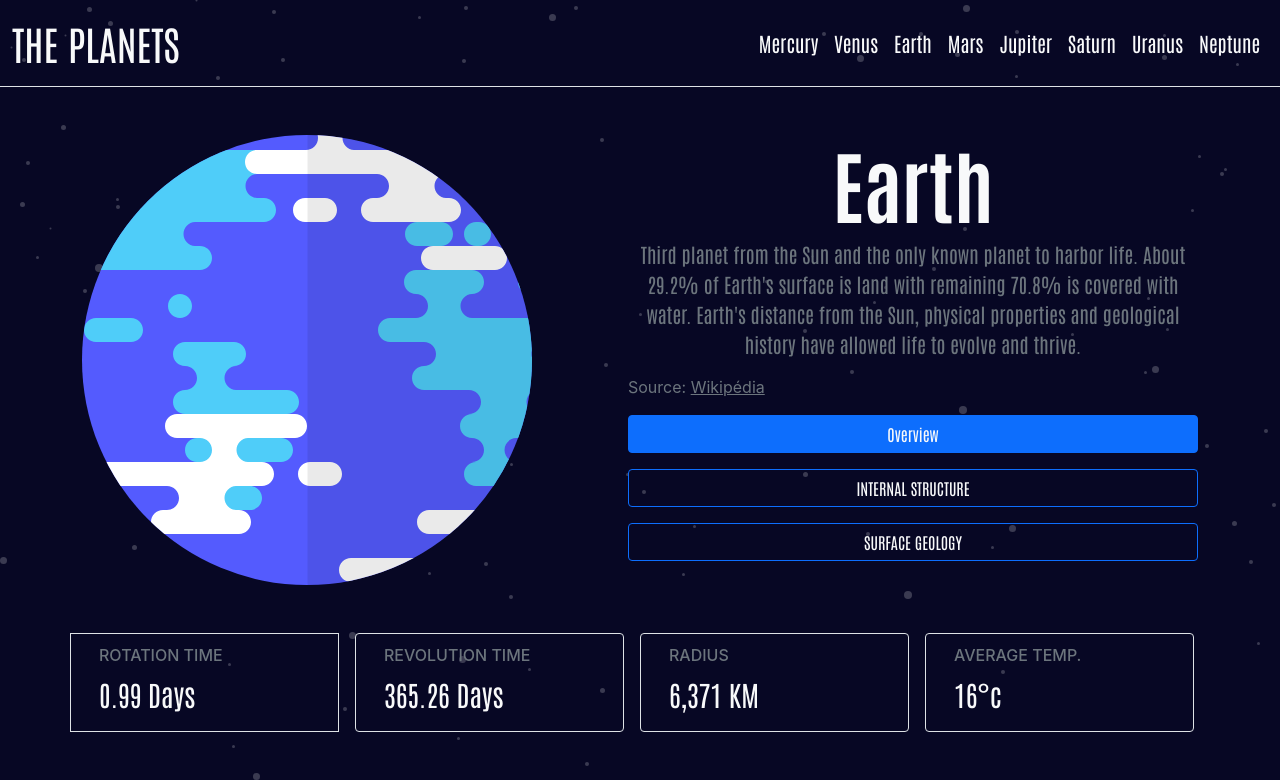
Repository: andre06x/the-planets
Page: /
These files come from the project's save history. The page is drawn as it stood at one moment and after the next save; the edit follows.
The browser window is 1280 px wide. The pictures show the whole page.
The project was rebuilt for these pictures with package versions that can differ from the ones it lists, and the page was loaded fresh each time.

Above is the page before, as saved 2021-10-19 16:39:10.

### public/index.html
<!DOCTYPE html>
<html lang="en">

<head>
  <meta charset="utf-8" />
  <link rel="icon" href="%PUBLIC_URL%/favicon.ico" />
  <meta name="viewport" content="width=device-width, initial-scale=1" />
  <meta name="theme-color" content="#000000" />
  <link rel="preconnect" href="https://fonts.googleapis.com">
  <link rel="preconnect" href="https://fonts.gstatic.com" crossorigin>
  <link href="https://fonts.googleapis.com/css2?family=Antonio:wght@400;500;600;700&display=swap" rel="stylesheet">
  <meta name="description" content="Web site created using create-react-app" />
  <link rel="apple-touch-icon" href="%PUBLIC_URL%/logo192.png" />
  <link rel="manifest" href="%PUBLIC_URL%/manifest.json" />
  <link rel="stylesheet" href="%PUBLIC_URL%/bootstrap-5.1.3-dist/css/bootstrap.min.css">
  <title>React App</title>
</head>

<body>
  <noscript>You need to enable JavaScript to run this app.</noscript>
  <div id="root"></div>
  <script src="./bootstrap-5.1.3-dist/js/bootstrap.min.js"></script>
</body>

</html>

### src/index.js
import React from 'react';
import ReactDOM from 'react-dom';
import App from './App';
import reportWebVitals from './reportWebVitals';
import Global from './styles/global';

ReactDOM.render(
  <React.StrictMode>
    <Global />
    <App />
  </React.StrictMode>,
  document.getElementById('root')
);

// If you want to start measuring performance in your app, pass a function
// to log results (for example: reportWebVitals(console.log))
// or send to an analytics endpoint. Learn more: https://bit.ly/CRA-vitals
reportWebVitals();

### src/App.js
import logo from './logo.svg';
// import './App.css';
import Header from './components/Header';
import Container from './components/Container';

function App() {
  return (
    <div className="App">
      <Header />
      <Container />
    </div>
  );
}

export default App;

### src/styles/global.js
import { createGlobalStyle } from 'styled-components';
import img from '../background-stars.svg';

export default createGlobalStyle`
  body {
    background-image: url(${img});
    background-color: #070724;
    background-repeat: repeat;
  margin: 0;
  font-family: -apple-system, BlinkMacSystemFont, 'Segoe UI', 'Roboto', 'Oxygen',
    'Ubuntu', 'Cantarell', 'Fira Sans', 'Droid Sans', 'Helvetica Neue',
    sans-serif;
  -webkit-font-smoothing: antialiased;
  -moz-osx-font-smoothing: grayscale;
}

code {
  font-family: source-code-pro, Menlo, Monaco, Consolas, 'Courier New',
    monospace;
}
`;

### src/components/Header.js
import React, { useEffect } from 'react';
import data from '../data.json';
import { usePlanet } from '../zustand';

const Header = () => {
  const planetSetar = usePlanet(state => state.nomePlanet);
  const planet = usePlanet(state => state.planet);

  useEffect(() => {
    console.log(planet)
  }, [planet])

  return (
    <nav class="navbar navbar-expand-lg navbar-dark bg-transparent border-bottom border-muted ">
      <div class="container-fluid d-flex justify-content-between">
        <a class="navbar-brand fs-1 text-light font-antonio" href="#">THE PLANETS</a>
        <button class="navbar-toggler text-light" type="button" data-bs-toggle="collapse" data-bs-target="#navbarSupportedContent" aria-controls="navbarSupportedContent" aria-expanded="false" aria-label="Toggle navigation">
          <span class="navbar-toggler-icon text-light"></span>
        </button>
        <div class="collapse navbar-collapse justify-content-end" id="navbarSupportedContent">
          <div>
            <ul class="navbar-nav me-auto mb-2 mb-lg-0">
              {
                data.map(d => (
                  <li class="nav-item">
                    <a
                      class="nav-link active text-light fs-5 font-antonio"
                      aria-current="page"
                      href="#"
                      onClick={() => planetSetar(d.name)}
                    >
                      {d.name}
                    </a>
                  </li>
                ))
              }
            </ul>
          </div>
        </div>
      </div>
    </nav>
  )
}



export default Header

### src/components/Container.js
import React, { useEffect, useState } from 'react';
// import earth from '../assets/planet-earth.svg';
import data from '../data.json';
import { usePlanet } from '../zustand';

const Container = () => {
  const [selectBox, setSelectBox] = useState(1);
  const planet = usePlanet(state => state.planet);
  // const [planet, setPlanet] = useState('Earth');
  const [text, setText] = useState(data.filter(d => d.name === planet)[0].overview);
  const [imagee, setImagee] = useState('assets/planet-earth.svg');
  const [dataPlanet, setDataPlanet] = useState(['']);



  const op = [
    { id: 1, titulo: 'Overview' },
    { id: 2, titulo: 'INTERNAL STRUCTURE' },
    { id: 3, titulo: 'SURFACE GEOLOGY' },
  ]

  function buttonChange(o) {
    setSelectBox(o.id);

    if (o.id === 1) {
      setText(data.filter(d => d.name === planet)[0].overview);
      setImagee(data.filter(d => d.name === planet)[0].images.planet);
    }

    if (o.id === 2) {
      setText(data.filter(d => d.name === planet)[0].structure);
      setImagee(data.filter(d => d.name === planet)[0].images.internal);

    }

    if (o.id === 3) {
      setText(data.filter(d => d.name === planet)[0].geology);
      setImagee(data.filter(d => d.name === planet)[0].images.geology);

    }

  }

  useEffect(() => {
    setDataPlanet(data.filter(d => d.name === planet)[0]);
    setImagee(data.filter(d => d.name === planet)[0].images.planet);
    setText(data.filter(d => d.name === planet)[0].overview);
    setSelectBox(1);

  }, [planet]);
  return (
    <div className="container mt-md-5">
      <div className="d-flex flex-column">
        <div className="d-flex flex-md-row flex-column-reverse justify-content-between">
          <div className="me-md-5 d-flex justify-content-center">
            <img src={imagee} alt="" />
          </div>
          <div className="ms-md-5 d-flex flex-md-column flex-column-reverse">
            <h1 className="display-1 text-light font-antonio fw-bold text-center">
              {planet}
            </h1>
            <p className="lead text-muted font-antonio text-center">
              {text.content}
            </p>
            <span className="text-secondary">
              Source: <a href="" className="text-secondary"> Wikipédia</a>
            </span>

            <div className="d-flex flex-md-column mt-md-3 font-antonio fw-bold">
              {op.map(o => (
                <button
                  className={`btn text-light btn-outline-primary mb-3 col-4 col-md-12 ${selectBox === o.id ? ' btn-primary' : ''}`}
                  onClick={() => buttonChange(o)}
                >
                  {o.titulo}
                </button>
              ))}
            </div>
          </div>
        </div>
      </div>
      <div className="row mt-5 mb-5 flex-md-row flex-column">
        <div class="col me-3 bg-transparent border">
          <div class="card-body">
            <h6 class="card-subtitle mb-2 text-muted">
              ROTATION TIME
            </h6>
            <p class="card-text text-light font-antonio fs-md-1 fs-3">
              {dataPlanet.rotation}
            </p>
          </div>
        </div>
        <div class="card col me-3 bg-transparent border">
          <div class="card-body">
            <h6 class="card-subtitle mb-2 text-muted">
              REVOLUTION TIME
            </h6>
            <p class="card-text text-light font-antonio fs-md-1 fs-3">
              {dataPlanet.revolution}
            </p>
          </div>
        </div>
        <div class="card col me-3 bg-transparent border">
          <div class="card-body">
            <h6 class="card-subtitle mb-2 text-muted">
              RADIUS
            </h6>
            <p class="card-text text-light font-antonio fs-md-1 fs-3">
              {dataPlanet.radius}
            </p>
          </div>
        </div>
        <div class="card col me-3 bg-transparent border">
          <div class="card-body">
            <h6 class="card-subtitle mb-2 text-muted">
              AVERAGE TEMP.
            </h6>
            <p class="card-text text-light font-antonio fs-md-1 fs-3">
              {dataPlanet.temperature}
            </p>
          </div>
        </div>
      </div>
    </div>
  )
}

export default Container;

### src/data.json
[
  {
    "name": "Mercury",
    "overview": {
      "content": "Mercury is the smallest planet in the Solar System and the closest to the Sun. Its orbit around the Sun takes 87.97 Earth days, the shortest of all the Sun's planets. Mercury is one of four terrestrial planets in the Solar System, and is a rocky body like Earth.",
      "source": "https://en.wikipedia.org/wiki/Mercury_(planet)"
    },
    "structure": {
      "content": "Mercury appears to have a solid silicate crust and mantle overlying a solid, iron sulfide outer core layer, a deeper liquid core layer, and a solid inner core. The planet's density is the second highest in the Solar System at 5.427 g/cm3 , only slightly less than Earth's density.",
      "source": "https://en.wikipedia.org/wiki/Mercury_(planet)#Internal_structure"
    },
    "geology": {
      "content": "Mercury's surface is similar in appearance to that of the Moon, showing extensive mare-like plains and heavy cratering, indicating that it has been geologically inactive for billions of years. It is more heterogeneous than either Mars's or the Moon’s.",
      "source": "https://en.wikipedia.org/wiki/Mercury_(planet)#Surface_geology"
    },
    "rotation": "58.6 Days",
    "revolution": "87.97 Days",
    "radius": "2,439.7 KM",
    "temperature": "430°c",
    "images": {
      "planet": "assets/planet-mercury.svg",
      "internal": "assets/planet-mercury-internal.svg",
      "geology": "assets/geology-mercury.png"
    }
  },
  {
    "name": "Venus",
    "overview": {
      "content": "Venus is the second planet from the Sun. It is named after the Roman goddess of love and beauty. As the brightest natural object in Earth's night sky after the Moon, Venus can cast shadows and can be, on rare occasions, visible to the naked eye in broad daylight.",
      "source": "https://en.wikipedia.org/wiki/Venus"
    },
    "structure": {
      "content": "The similarity in size and density between Venus and Earth suggests they share a similar internal structure: a core, mantle, and crust. Like that of Earth, Venusian core is most likely at least partially liquid because the two planets have been cooling at about the same rate.",
      "source": "https://en.wikipedia.org/wiki/Venus#Internal_structure"
    },
    "geology": {
      "content": "Much of the Venusian surface appears to have been shaped by volcanic activity. Venus has several times as many volcanoes as Earth, and it has 167 large volcanoes that are over 100 km (60 mi) across. The only volcanic complex of this size on Earth is the Big Island of Hawaii.",
      "source": "https://en.wikipedia.org/wiki/Venus#Surface_geology"
    },
    "rotation": "243 Days",
    "revolution": "224.7 Days",
    "radius": "6,051.8 KM",
    "temperature": "471°c",
    "images": {
      "planet": "assets/planet-venus.svg",
      "internal": "assets/planet-venus-internal.svg",
      "geology": "assets/geology-venus.png"
    }
  },
  {
    "name": "Earth",
    "overview": {
      "content": "Third planet from the Sun and the only known planet to harbor life. About 29.2% of Earth's surface is land with remaining 70.8% is covered with water. Earth's distance from the Sun, physical properties and geological history have allowed life to evolve and thrive.",
      "source": "https://en.wikipedia.org/wiki/Earth"
    },
    "structure": {
      "content": "Earth's interior, like that of the other terrestrial planets, is divided into layers by their chemical or physical (rheological) properties. The outer layer is a chemically distinct silicate solid crust, which is underlain by a highly viscous solid mantle.",
      "source": "https://en.wikipedia.org/wiki/Earth#Internal_structure"
    },
    "geology": {
      "content": "The total surface area of Earth is about 510 million km2. The continental crust consists of lower density material such as the igneous rocks granite and andesite. Less common is basalt, a denser volcanic rock that is the primary constituent of the ocean floors.",
      "source": "https://en.wikipedia.org/wiki/Earth#Surface"
    },
    "rotation": "0.99 Days",
    "revolution": "365.26 Days",
    "radius": "6,371 KM",
    "temperature": "16°c",
    "images": {
      "planet": "assets/planet-earth.svg",
      "internal": "assets/planet-earth-internal.svg",
      "geology": "assets/geology-earth.png"
    }
  },
  {
    "name": "Mars",
    "overview": {
      "content": "Mars is the fourth planet from the Sun and the second-smallest planet in the Solar System, being larger than only Mercury. In English, Mars carries the name of the Roman god of war and is often referred to as the \"Red Planet\".",
      "source": "https://en.wikipedia.org/wiki/Mars"
    },
    "structure": {
      "content": "Like Earth, Mars has differentiated into a dense metallic core overlaid by less dense materials. Scientists initially determined that the core is at least partially liquid. Current models of its interior imply a core consisting primarily of iron and nickel with about 16–17% sulfur.",
      "source": "https://en.wikipedia.org/wiki/Mars#Internal_structure"
    },
    "geology": {
      "content": "Mars is a terrestrial planet whose surface consists of minerals containing silicon and oxygen, metals, and other elements that typically make up rock. The surface is primarily composed of tholeiitic basalt, although parts are more silica-rich than typical basalt.",
      "source": "https://en.wikipedia.org/wiki/Mars#Surface_geology"
    },
    "rotation": "1.03 Days",
    "revolution": "1.88 Years",
    "radius": "3,389.5 KM",
    "temperature": "-28°c",
    "images": {
      "planet": "assets/planet-mars.svg",
      "internal": "assets/planet-mars-internal.svg",
      "geology": "assets/geology-mars.png"
    }
  },
  {
    "name": "Jupiter",
    "overview": {
      "content": "Jupiter is the fifth planet from the Sun and the largest in the Solar System. It is a gas giant with a mass two and a half times that of all the other planets in the Solar System combined, but less than one-thousandth the mass of the Sun.",
      "source": "https://en.wikipedia.org/wiki/Jupiter"
    },
    "structure": {
      "content": "When the Juno arrived in 2016, it found that Jupiter has a very diffuse core that mixes into its mantle. A possible cause is an impact from a planet of about ten Earth masses a few million years after Jupiter's formation, which would have disrupted an originally solid Jovian core.",
      "source": "https://en.wikipedia.org/wiki/Jupiter#Internal_structure"
    },
    "geology": {
      "content": "The best known feature of Jupiter is the Great Red Spot, a persistent anticyclonic storm located 22° south of the equator. It is known to have existed since at least 1831, and possibly since 1665.",
      "source": "https://en.wikipedia.org/wiki/Jupiter#Great_Red_Spot_and_other_vortices"
    },
    "rotation": "9.93 Hours",
    "revolution": "11.86 Years",
    "radius": "69,911 KM",
    "temperature": "-108°c",
    "images": {
      "planet": "assets/planet-jupiter.svg",
      "internal": "assets/planet-jupiter-internal.svg",
      "geology": "assets/geology-jupiter.png"
    }
  },
  {
    "name": "Saturn",
    "overview": {
      "content": "Saturn is the sixth planet from the Sun and the second-largest in the Solar System, after Jupiter. It is a gas giant with an average radius of about nine and a half times that of Earth. It only has one-eighth the average density of Earth.",
      "source": "https://en.wikipedia.org/wiki/Saturn"
    },
    "structure": {
      "content": "Despite consisting mostly of hydrogen and helium, most of Saturn's mass is not in the gas phase, because hydrogen becomes a non-ideal liquid when the density is above 0.01 g/cm3, which is reached at a radius containing 99.9% of Saturn's mass.",
      "source": "https://en.wikipedia.org/wiki/Saturn#Internal_structure"
    },
    "geology": {
      "content": "The outer atmosphere of Saturn contains 96.3% molecular hydrogen and 3.25% helium by volume. The planet's most famous feature is its prominent ring system, which is composed mostly of ice particles with a smaller amount of rocky debris and dust.",
      "source": "https://en.wikipedia.org/wiki/Saturn#Atmosphere"
    },
    "rotation": "10.8 Hours",
    "revolution": "29.46 Years",
    "radius": "58,232 KM",
    "temperature": "-138°c",
    "images": {
      "planet": "assets/planet-saturn.svg",
      "internal": "assets/planet-saturn-internal.svg",
      "geology": "assets/geology-saturn.png"
    }
  },
  {
    "name": "Uranus",
    "overview": {
      "content": "Uranus is the seventh planet from the Sun. Its name is a reference to the Greek god of the sky, Uranus according to Greek mythology, was the great-grandfather of Ares. It has the third-largest planetary radius and fourth-largest planetary mass in the Solar System.",
      "source": "https://en.wikipedia.org/wiki/Uranus"
    },
    "structure": {
      "content": "The standard model of Uranus's structure is that it consists of three layers: a rocky (silicate/iron–nickel) core in the centre, an icy mantle in the middle and an outer gaseous hydrogen/helium envelope. The core is relatively small, with a mass of only 0.55 Earth masses.",
      "source": "https://en.wikipedia.org/wiki/Uranus#Internal_structure"
    },
    "geology": {
      "content": "The composition of Uranus's atmosphere is different from its bulk, consisting mainly of molecular hydrogen and helium. The helium molar fraction, i.e. the number of helium atoms per molecule of gas, is 0.15±0.03 in the upper troposphere.",
      "source": "https://en.wikipedia.org/wiki/Uranus#Atmosphere"
    },
    "rotation": "17.2 Hours",
    "revolution": "84 Years",
    "radius": "25,362 KM",
    "temperature": "-195°c",
    "images": {
      "planet": "assets/planet-uranus.svg",
      "internal": "assets/planet-uranus-internal.svg",
      "geology": "assets/geology-uranus.png"
    }
  },
  {
    "name": "Neptune",
    "overview": {
      "content": "Neptune is the eighth and farthest-known Solar planet from the Sun. In the Solar System, it is the fourth-largest planet by diameter, the third-most-massive planet, and the densest giant planet. It is 17 times the mass of Earth, more massive than its near-twin Uranus.",
      "source": "https://en.wikipedia.org/wiki/Neptune"
    },
    "structure": {
      "content": "Neptune's internal structure resembles that of Uranus. Its atmosphere forms about 5% to 10% of its mass and extends perhaps 10% to 20% of the way towards the core. Increasing concentrations of methane, ammonia and water are found in the lower regions.",
      "source": "https://en.wikipedia.org/wiki/Neptune#Internal_structure"
    },
    "geology": {
      "content": "Neptune's atmosphere is 80% hydrogen and 19% helium. A trace amount of methane is also present. Prominent absorption bands of methane exist at wavelengths above 600 nm, in the red and infrared portion of the spectrum.",
      "source": "https://en.wikipedia.org/wiki/Neptune#Atmosphere"
    },
    "rotation": "16.08 Hours",
    "revolution": "164.79 Years",
    "radius": "24,622 KM",
    "temperature": "-201°c",
    "images": {
      "planet": "assets/planet-neptune.svg",
      "internal": "assets/planet-neptune-internal.svg",
      "geology": "assets/geology-neptune.png"
    }
  }
]

### src/zustand/index.js
import create from 'zustand';

const usePlanet = create(set => ({
  planet: 'Earth',
  nomePlanet: (namePlanet) => set(state => ({ planet: namePlanet}))
}))

export { usePlanet }

Loaded but not shown: src/reportWebVitals.js (common file); public/bootstrap-5.1.3-dist/css/bootstrap.min.css (library); public/bootstrap-5.1.3-dist/js/bootstrap.min.js (library)

After the next save:
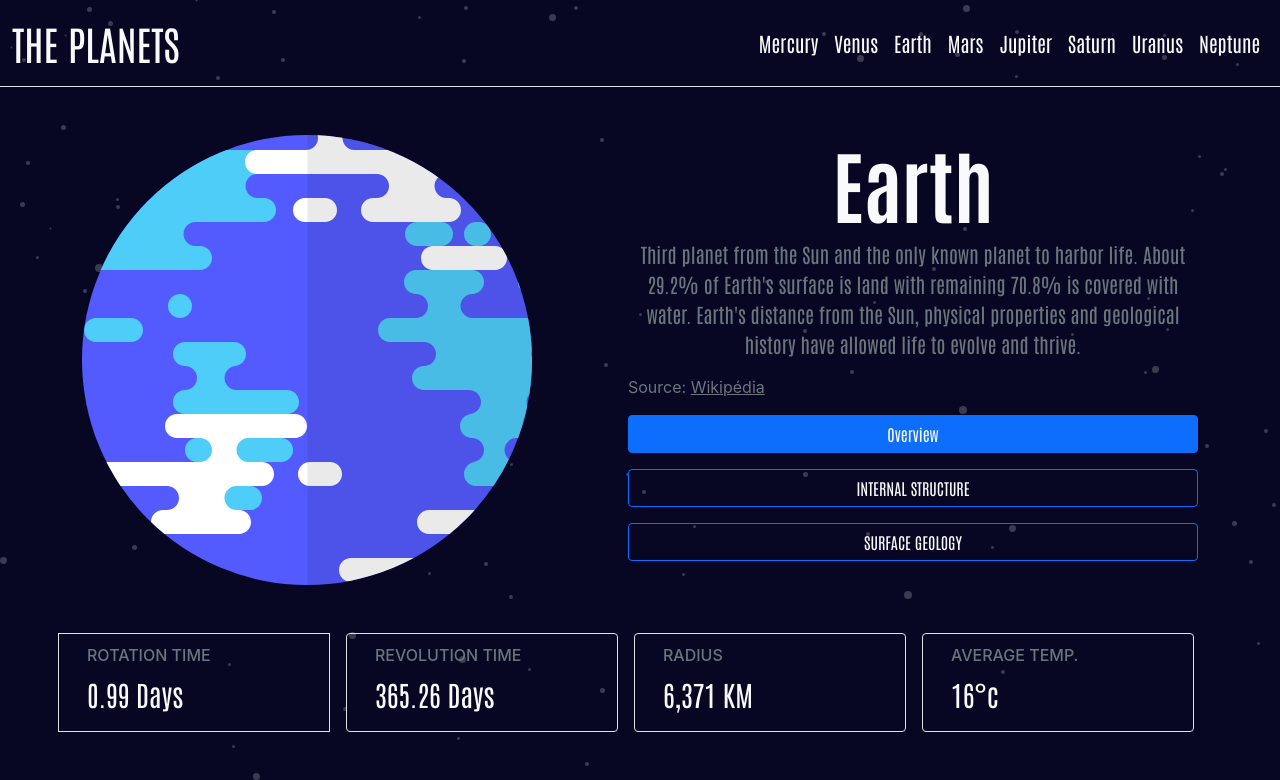
Saved 15 s later.
--- a/src/components/Container.js
+++ b/src/components/Container.js
@@ -80,7 +80,7 @@ const Container = () => {
         </div>
       </div>
       <div className="row mt-5 mb-5 flex-md-row flex-column">
-        <div class="col me-3 bg-transparent border">
+        <div class="col row me-3 bg-transparent border">
           <div class="card-body">
             <h6 class="card-subtitle mb-2 text-muted">
               ROTATION TIME
